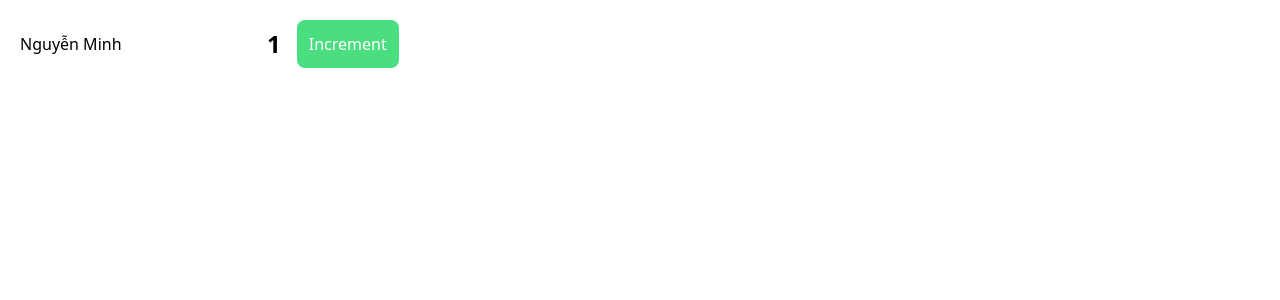
Repository: NguyenMinhThien-sudo/DemoFormPractice
Page: /
The author's editor kept a copy of each file at every save. The page is drawn from the files as they stood at one save, then again after the next save.
The browser window is 1280 px wide. The pictures show the whole page.
The project was rebuilt for these pictures with package versions that can differ from the ones it lists, and the page was loaded fresh each time. Also part of the build but not shown: vite.config.js.

Above is the page before, as saved 2023-05-11 15:04:48.

### src/App.jsx
import React from "react";
import "./App.css";
import Counter from "./components/counter/Counter";

const App = () => {
  return (
    <div>
      <Counter></Counter>
    </div>
  );
};

export default App;

### src/App.css
*,
*:before,
*:after {
  box-sizing: border-box;
}
* {
  margin: 0;
  padding: 0;
  font: inherit;
}
img,
picture,
svg,
video {
  display: block;
  max-width: 100%;
}
input,
select,
textarea {
  background-color: transparent;
  outline: none;
}
button {
  cursor: pointer;
  background-color: transparent;
  outline: none;
  border: 0;
}
body {
  min-height: 100vh;
  font-weight: 400;
  font-size: 16px;
  line-height: 1;
}

### src/components/counter/Counter.jsx
import React, { useEffect, useState } from "react";

const Counter = () => {
  // const [count, setCount] = useState(0);
  const [info, setInfo] = useState({
    firstname: "Nguyễn Minh",
    lastname: "Thiện",
  });
  // const handleIncrement = () => {
  //   setTimeout(function delay() {
  //     setCount((count) => count + 1);
  //   }, 1000);
  // };
  useEffect(() => {
    console.log("from input");
  }, [info]);
  return (
    <div className="p-5 flex gap-x-4 items-center">
      <input
        type="text"
        name="firstname"
        value={info.firstname}
        onChange={(e) =>
          setInfo({
            ...info,
            firstname: e.target.value,
          })
        }
      />
      <span className="text-2xl font-bold">1</span>
      <button className="inline-block p-3 bg-green-400 text-white rounded-lg">
        Increment
      </button>
    </div>
  );
};

export default Counter;

### tailwind.config.js
/** @type {import('tailwindcss').Config} */
export default {
  mode: "jit",
  content: ["./index.html", "./src/**/*.{js,ts,jsx,tsx}"],
  theme: {
    extend: {},
  },
  plugins: [],
};

Loaded but not shown: index.html (common file); src/main.jsx (common file); src/index.css (common file)

After the next save:
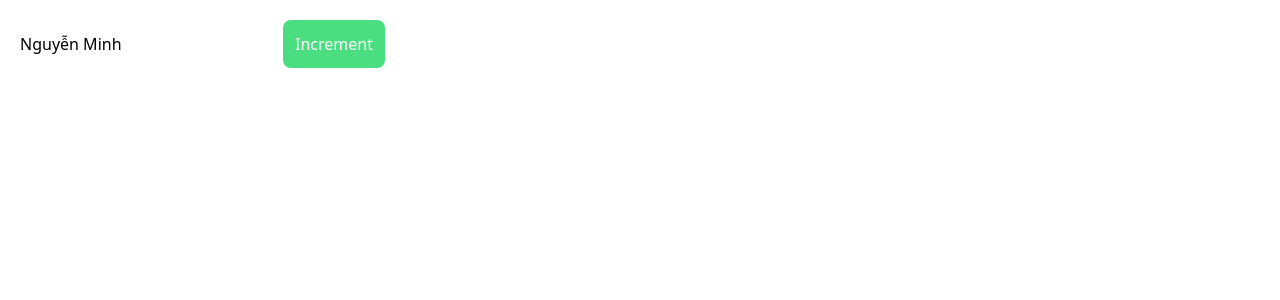
Saved 8 s later.
--- a/src/components/counter/Counter.jsx
+++ b/src/components/counter/Counter.jsx
@@ -27,7 +27,7 @@ const Counter = () => {
           })
         }
       />
-      <span className="text-2xl font-bold">1</span>
+      <span className="text-2xl font-bold"></span>
       <button className="inline-block p-3 bg-green-400 text-white rounded-lg">
         Increment
       </button>
